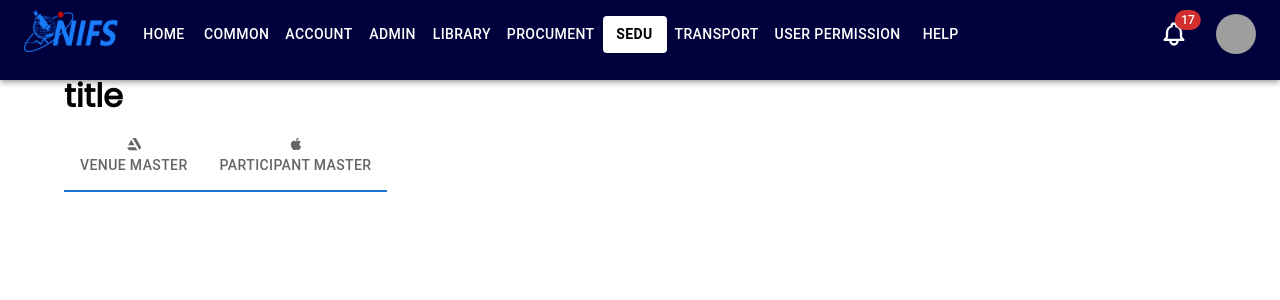
Repository: virangaj/NIFS-WebApp
Page: /sedu (app in client/)
These files come from the project's save history. The page is drawn as it stood at one moment and after the next save; the edit follows.
The browser window is 1280 px wide. The pictures show the whole page.
Pictures or frames that could not be fetched are drawn as grey boxes. The project was rebuilt for these pictures with package versions that can differ from the ones it lists, and the page was loaded fresh each time. Also part of the build but not shown: client/src/pages/Login.tsx, client/src/pages/Home.tsx, client/src/components/Transport/shared/TransportNavbar.js, client/src/pages/TransportMainPage.tsx, client/src/pages/CommonMainPage.tsx, client/src/pages/AccountMainPage.tsx, client/src/pages/AdminMainPage.tsx, client/src/pages/LibraryMainPage.js and 4 more.

Above is the page before, as saved 2022-07-27 00:10:00.

After the next save:
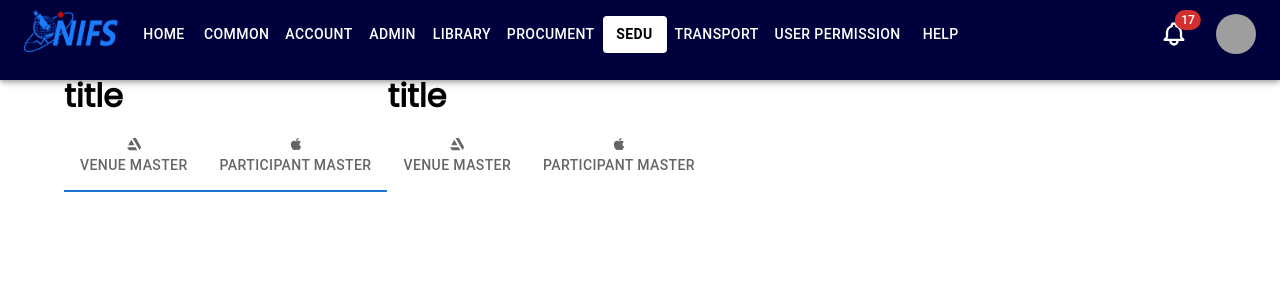
Saved 7 s later.
--- a/client/src/components/sedu/SeduSecondaryNavbar.tsx
+++ b/client/src/components/sedu/SeduSecondaryNavbar.tsx
@@ -20,6 +20,14 @@ function SeduSecondaryNavbar() {
                         <Tab icon={<FaApple />} label="Participant Master" />
                     </div>
                 </div>
+                <div>
+                    <h1 className="nav-section">title</h1>
+                    <div>
+
+                        <Tab icon={<FaArtstation />} label="Venue Master" />
+                        <Tab icon={<FaApple />} label="Participant Master" />
+                    </div>
+                </div>
 
             </Tabs>
 
